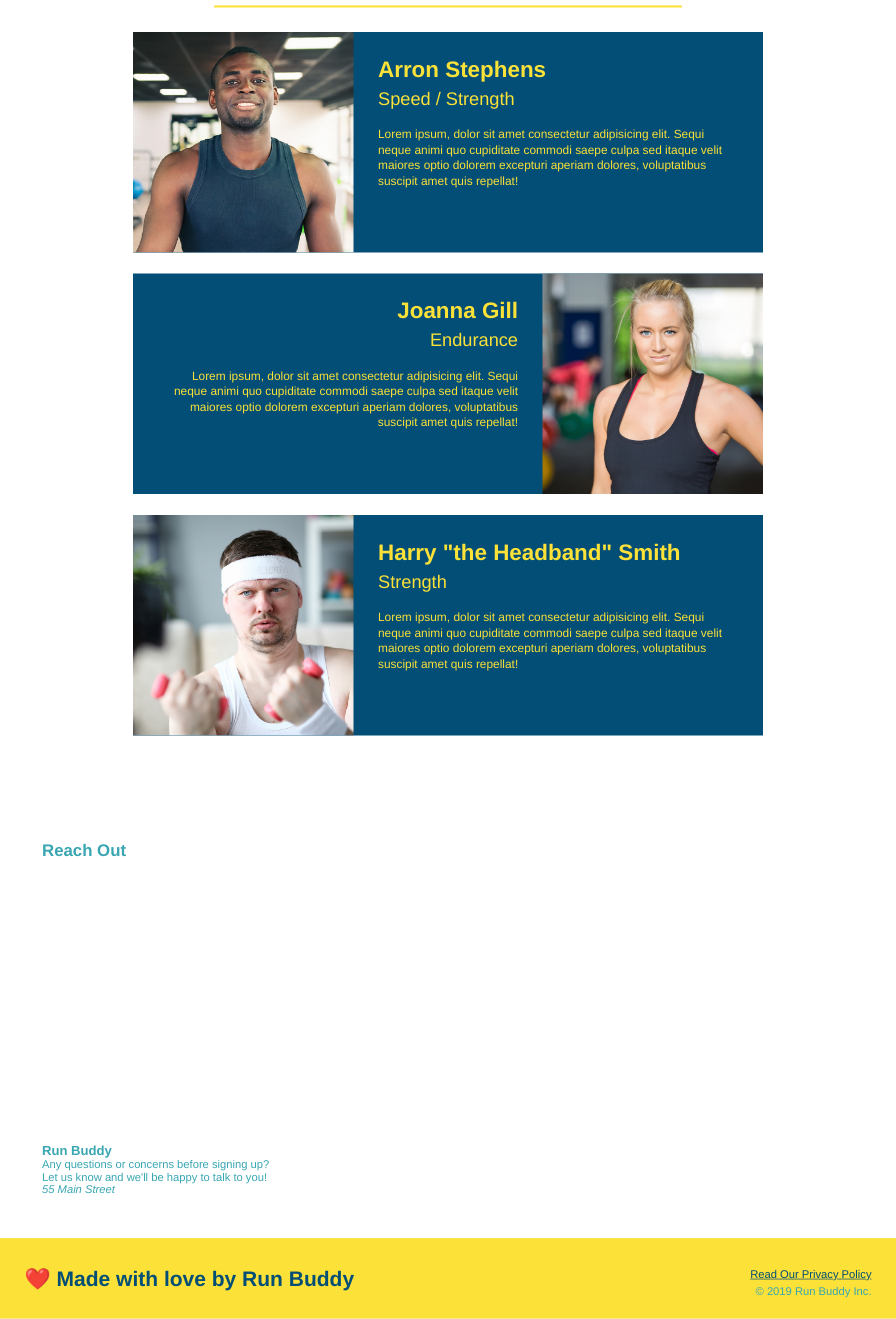
Repository: symlara/run-buddy
Page: index.html
An editor plug-in stored every save of this project. The page is shown before and after a run of saves, followed by the edit.
The browser window is 1280 px wide. The pictures show the part of the page from y = 2394 to 4314 px (the page is 4278 px tall before and 4314 px after), at 70% of full size.
Pictures or frames that could not be fetched are drawn as grey boxes.

Above is the page before, as saved 2020-12-10 15:33:31.

After the next 5 saves:
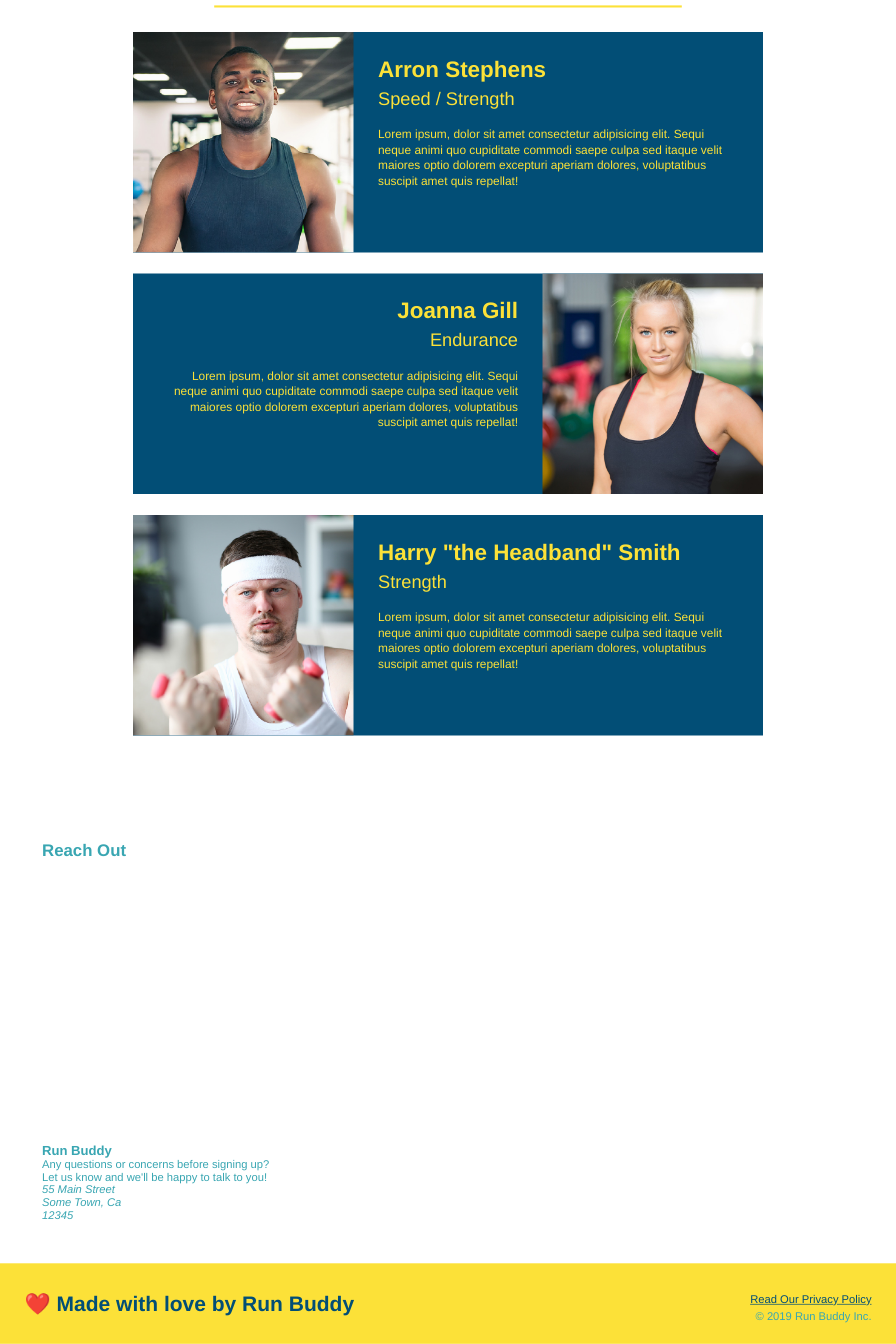
The 5 saves are shown as one change because they came seconds apart.
The last was saved 13 s later.
--- a/index.html
+++ b/index.html
@@ -180,7 +180,8 @@
                 </p>
                 <address>
                     55 Main Street <br />
-
+                    Some Town, Ca <br />
+                    12345
                 </address>
             </div>
         </section>
